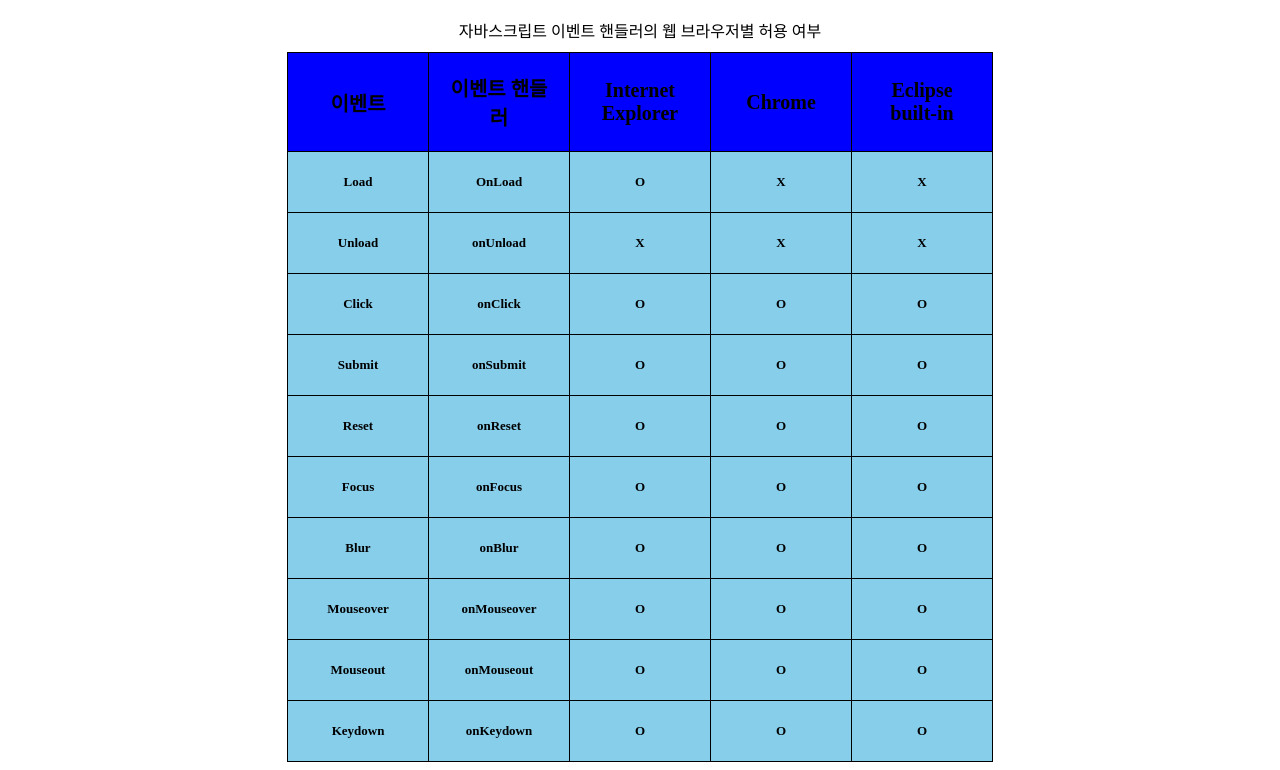
Repository: haaaein/Web-Programming
Page: week3/Practice A-01/src/main/webapp/PracticeA-01.html
The author's editor kept a copy of each file at every save. The page is drawn from the files as they stood at one save, then again after the next save.
The browser window is 1280 px wide. The pictures show the whole page.

Above is the page before, as saved 2021-09-20 02:19:10.

### week3/Practice A-01/src/main/webapp/PracticeA-01.html
<!DOCTYPE html>
<html>
<head>
<meta charset="UTF-8">
<title>웹브라우저별 이벤트핸들러</title>
<style>
            table, td {
                border: 1px solid black;
                border-collapse: collapse;
            }

            td, tr, th {
                width: 100px;
                height: 20px;
                padding: 20px;
                text-align: center;
            }

            tr, th {
                font-size: 20px;
                font-weight: bold;
            }

			th {
				background-color: blue;
			}
            td {
                font-size: 13px;
                background-color: skyblue;
            }
        </style>
</head>
<body>
	 <div align="center">
            <table border="1">
                <caption style="padding: 10px;">자바스크립트 이벤트 핸들러의 웹 브라우저별 허용 여부</caption>
                <tr>
                    <th>이벤트</th>
                    <th>이벤트 핸들러</th>
                    <th>Internet Explorer</th>
                    <th>Chrome</th>
                    <th>Eclipse built-in</th>
                </tr>
                <tr>
                    <td>Load</td>
                    <td>OnLoad</td>
                    <td>O</td>
                    <td>X</td>
                    <td>X</td>
                </tr>
                <tr>
                    <td>Unload</td>
                    <td>onUnload</td>
                    <td>X</td>
                    <td>X</td>
                    <td>X</td>
                </tr>
                <tr>
                    <td>Click</td>
                    <td>onClick</td>
                    <td>O</td>
                    <td>O</td>
                    <td>O</td>
                </tr>
                <tr>
                    <td>Submit</td>
                    <td>onSubmit</td>
                    <td>O</td>
                    <td>O</td>
                    <td>O</td>
                </tr>
                <tr>
                    <td>Reset</td>
                    <td>onReset</td>
                    <td>O</td>
                    <td>O</td>
                    <td>O</td>
                </tr>
                <tr>
                    <td>Focus</td>
                    <td>onFocus</td>
                    <td>O</td>
                    <td>O</td>
                    <td>O</td>
                </tr>
                <tr>
                    <td>Blur</td>
                    <td>onBlur</td>
                    <td>O</td>
                    <td>O</td>
                    <td>O</td>
                </tr>
                <tr>
                    <td>Mouseover</td>
                    <td>onMouseover</td>
                    <td>O</td>
                    <td>O</td>
                    <td>O</td>
                </tr>
                <tr>
                    <td>Mouseout</td>
                    <td>onMouseout</td>
                    <td>O</td>
                    <td>O</td>
                    <td>O</td>
                </tr>
                <tr>
                    <td>Keydown</td>
                    <td>onKeydown</td>
                    <td>O</td>
                    <td>O</td>
                    <td>O</td>
                </tr>
            </table>
        </div>
</body>
</html>

After the next save:
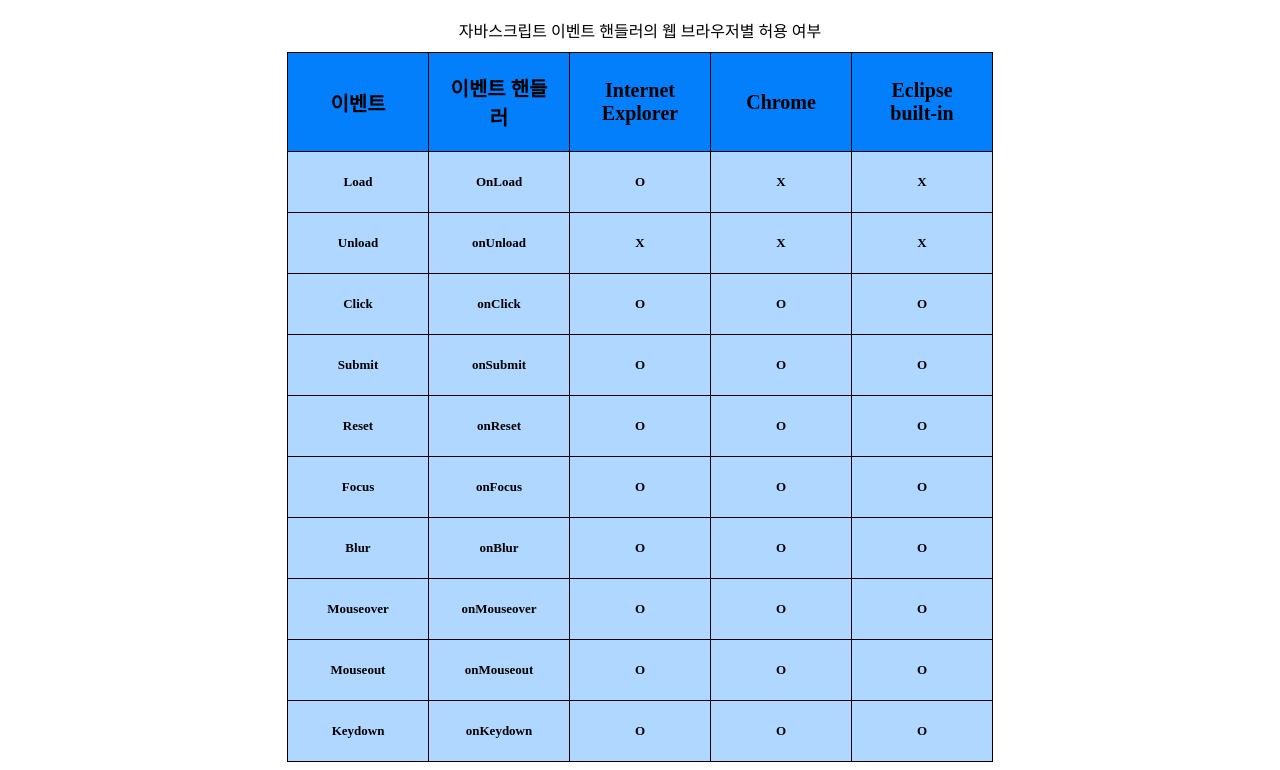
Saved 52 s later.
--- a/week3/Practice A-01/src/main/webapp/PracticeA-01.html
+++ b/week3/Practice A-01/src/main/webapp/PracticeA-01.html
@@ -22,11 +22,11 @@
             }
 
 			th {
-				background-color: blue;
+				background-color: #037ffc;
 			}
             td {
                 font-size: 13px;
-                background-color: skyblue;
+                background-color: #b0d7ff;
             }
         </style>
 </head>
